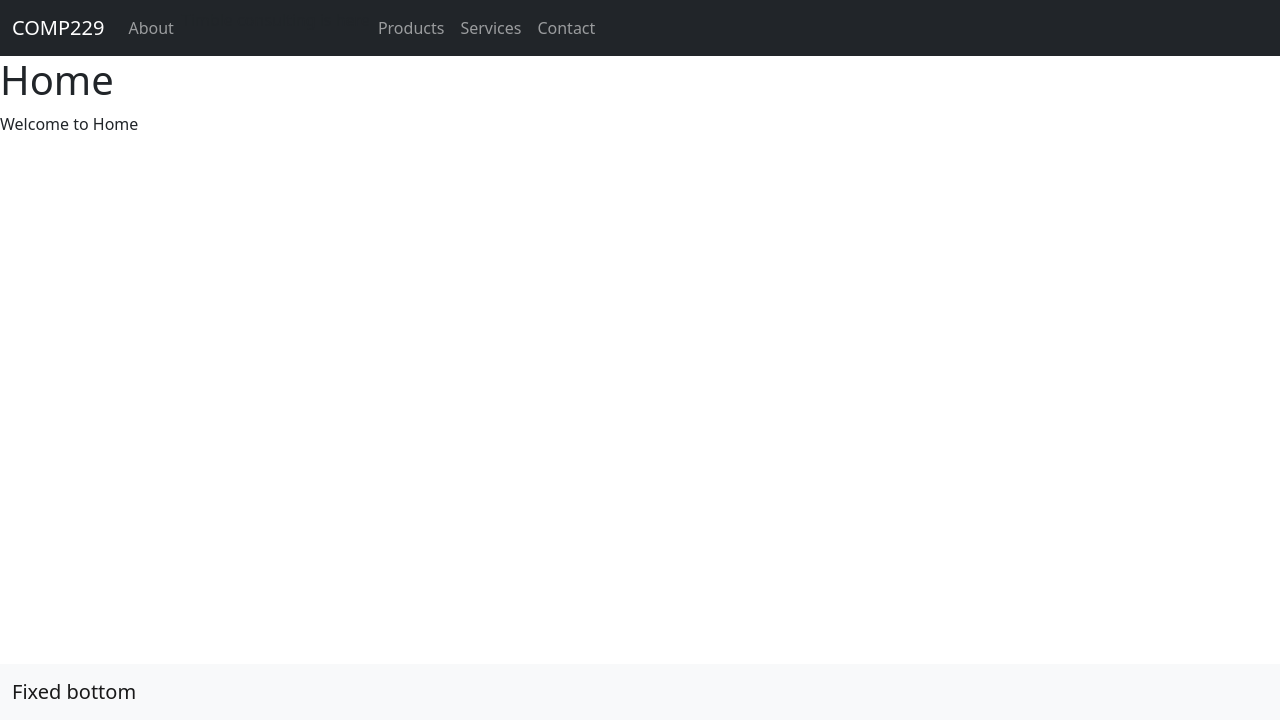
Repository: BlessingAjiboye/WEEK3DEP
Page: http://localhost/
The author's editor kept a copy of each file at every save. The page is drawn from the files as they stood at one save, then again after the next save.
The browser window is 1280 px wide. The pictures show the whole page.
The page is served by the project's Node server (server.js). Other server files are loaded and not shown.

Above is the page before, as saved 2022-09-21 20:52:39.

### views/index.ejs
<%-include partials/header.ejs%>
<%-include partials/main_nav.ejs%>




  <h1><%= title %></h1>
  <p>Welcome to <%= title %></p>

  <!--Script section-->
  <%-include partials/bottom_nav.ejs%>
<%-include partials/footer.ejs%>

### views/partials/header.ejs
<!DOCTYPE html>
<html lang="en">
<head>
  <meta charset="UTF-8">
  <meta http-equiv="X-UA-Compatible" content="IE=edge">
  <meta name="viewport" content="width=device-width, initial-scale=1.0">
  <title><%= title %></title>
  <!--css section-->
  <link rel="stylesheet"href="/bootstrap/dist/css/bootstrap.min.css"/>
  <link rel="stylesheet"href="@fortawesome/fontawesome-free/css/all.min.css"/>
  <link rel='stylesheet' href='/Content/app.css' />
</head>
<body>

### views/partials/main_nav.ejs
<nav class="navbar navbar-expand-lg navbar-dark bg-dark">
    <div class="container-fluid">
      <a class="navbar-brand" href="#">COMP229</a>
      <button class="navbar-toggler" type="button" data-bs-toggle="collapse" data-bs-target="#navbarSupportedContent" aria-controls="navbarSupportedContent" aria-expanded="false" aria-label="Toggle navigation">
        <span class="navbar-toggler-icon"></span>
      </button>
      <div class="collapse navbar-collapse" id="navbarSupportedContent">
        <ul class="navbar-nav me-auto mb-2 mb-lg-0">
          <% if (title =="Home"){%>
           <li class="nav-item active">
              <%} else {%>
            <a class="nav-link active" aria-current="page" href="/home">Home</a>
            <%}%>
            </li>
            <% if (title =="About"){%>
               <li class="nav-item active">
                <%} else {%>
                <a class="nav-link" href="about">About</a>
                <%}%>
          </li>
          <p>Timble consulting is here</p>

          <% if (title =="Products"){%>
            <li class="nav-item active">
              <%} else {%>
                <a class="nav-link" href="products">Products</a>
                <%}%>
          </li>

          <% if (title =="Services"){%>
            <li class="nav-item active">
              <%} else {%>
              <a class="nav-link" href="services">Services</a>
            <%}%>
          </li>

          <% if (title =="Contact"){%>
            <li class="nav-item active">
              <%} else {%>
                <a class="nav-link" href="contact">Contact</a>
                <%}%>
          </li>

      </div>
    </div>
  </nav>

### views/partials/bottom_nav.ejs
<footer><nav class="navbar fixed-bottom bg-light">
    <div class="container-fluid">
      <a class="navbar-brand" href="#">Fixed bottom</a>
    </div>
    <h6 class="display-6"&copy;2022 All rights reserved.></h6>
  </nav>
</footer>

### views/partials/footer.ejs
<script src="/jquery/dist/jquery.min.js"></script>
  <script src="/bootstrap/dist/js/bootstrap.min.js"></script>
  <script src="/Scripts/app.js"></script>
</body>
</html>

### server.js
#!/usr/bin/env node

/**
 * Module dependencies.
 */

var app = require('./app');
var debug = require('debug')('week344:server');
var http = require('http');

/**
 * Get port from environment and store in Express.
 */

var port = normalizePort(process.env.PORT || '3000');
app.set('port', port);

/**
 * Create HTTP server.
 */

var server = http.createServer(app);

/**
 * Listen on provided port, on all network interfaces.
 */

server.listen(port);
server.on('error', onError);
server.on('listening', onListening);

/**
 * Normalize a port into a number, string, or false.
 */

function normalizePort(val) {
  var port = parseInt(val, 10);

  if (isNaN(port)) {
    // named pipe
    return val;
  }

  if (port >= 0) {
    // port number
    return port;
  }

  return false;
}

/**
 * Event listener for HTTP server "error" event.
 */

function onError(error) {
  if (error.syscall !== 'listen') {
    throw error;
  }

  var bind = typeof port === 'string'
    ? 'Pipe ' + port
    : 'Port ' + port;

  // handle specific listen errors with friendly messages
  switch (error.code) {
    case 'EACCES':
      console.error(bind + ' requires elevated privileges');
      process.exit(1);
      break;
    case 'EADDRINUSE':
      console.error(bind + ' is already in use');
      process.exit(1);
      break;
    default:
      throw error;
  }
}

/**
 * Event listener for HTTP server "listening" event.
 */

function onListening() {
  var addr = server.address();
  var bind = typeof addr === 'string'
    ? 'pipe ' + addr
    : 'port ' + addr.port;
  debug('Listening on ' + bind);
}

### routes/index.js
var express = require('express');
var router = express.Router();

/* GET home page. */
router.get('/', function(req, res, next) {
  res.render('index', { title: 'Home' });
});

router.get('/home', function(req, res, next) {
  res.render('index', { title: 'Home' });
});
router.get('/about', function(req, res, next) {
  res.render('index', { title: 'About' });
});

router.get('/Products', function(req, res, next) {
  res.render('index', { title: 'Products' });
});

router.get('/Services', function(req, res, next) {
  res.render('index', { title: 'Services' });
});

router.get('/Contact', function(req, res, next) {
  res.render('index', { title: 'Contact' });
});
module.exports = router;

### app.js
var createError = require('http-errors');
var express = require('express');
var path = require('path');
var cookieParser = require('cookie-parser');
var logger = require('morgan');

var indexRouter = require('./routes/index');
var usersRouter = require('./routes/users');

var app = express();

// view engine setup
app.set('views', path.join(__dirname, 'views'));
app.set('view engine', 'ejs');

app.use(logger('dev'));
app.use(express.json());
app.use(express.urlencoded({ extended: false }));
app.use(cookieParser());
app.use(express.static(path.join(__dirname, 'public')));
app.use(express.static(path.join(__dirname, 'node_modules')));
app.use('/', indexRouter);
app.use('/users', usersRouter);

// catch 404 and forward to error handler
app.use(function(req, res, next) {
  next(createError(404));
});

// error handler
app.use(function(err, req, res, next) {
  // set locals, only providing error in development
  res.locals.message = err.message;
  res.locals.error = req.app.get('env') === 'development' ? err : {};

  // render the error page
  res.status(err.status || 500);
  res.render('error',{title:'Error'});
});

module.exports = app;

### public/Content/app.css
/* custom css goes here*/

### public/Scripts/app.js
(function(){
    function start()
    {
        console.log("App started...");
    }
    window.addEventListener("load",start);
})();

After the next save:
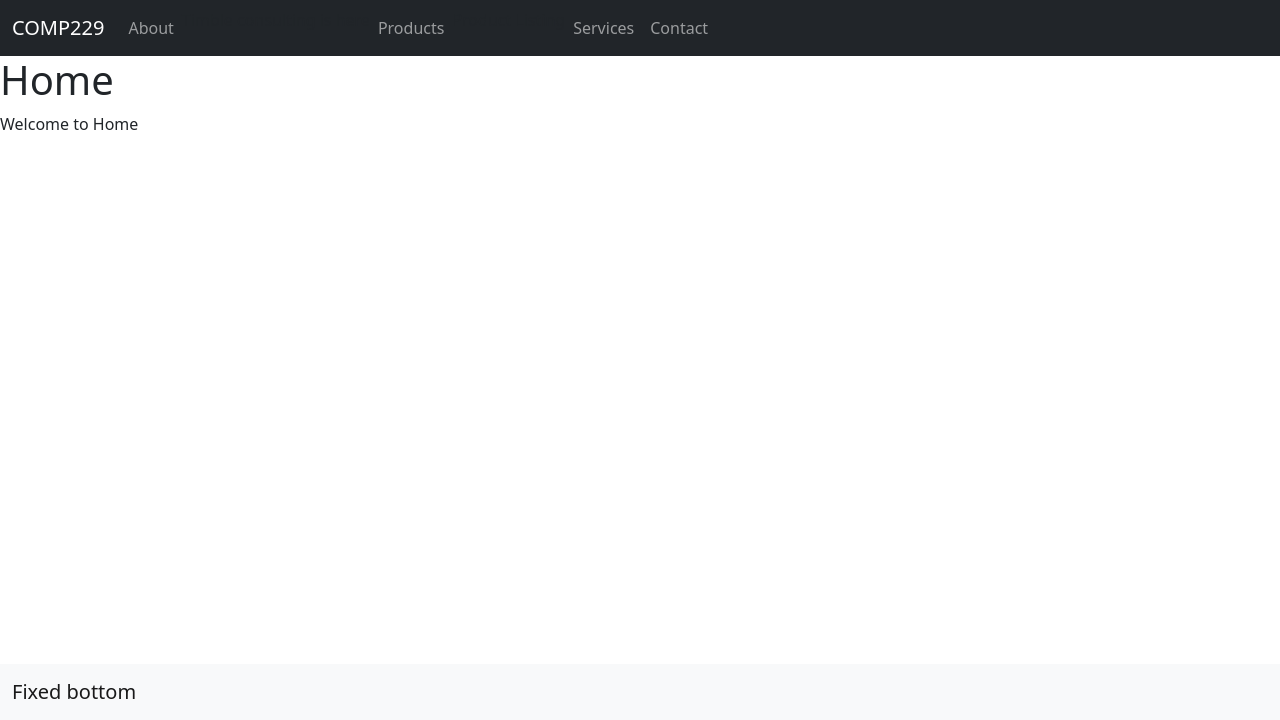
Saved 24 s later.
--- a/views/partials/main_nav.ejs
+++ b/views/partials/main_nav.ejs
@@ -26,6 +26,7 @@
                 <a class="nav-link" href="products">Products</a>
                 <%}%>
           </li>
+          <p>Product Listing</p>
 
           <% if (title =="Services"){%>
             <li class="nav-item active">
